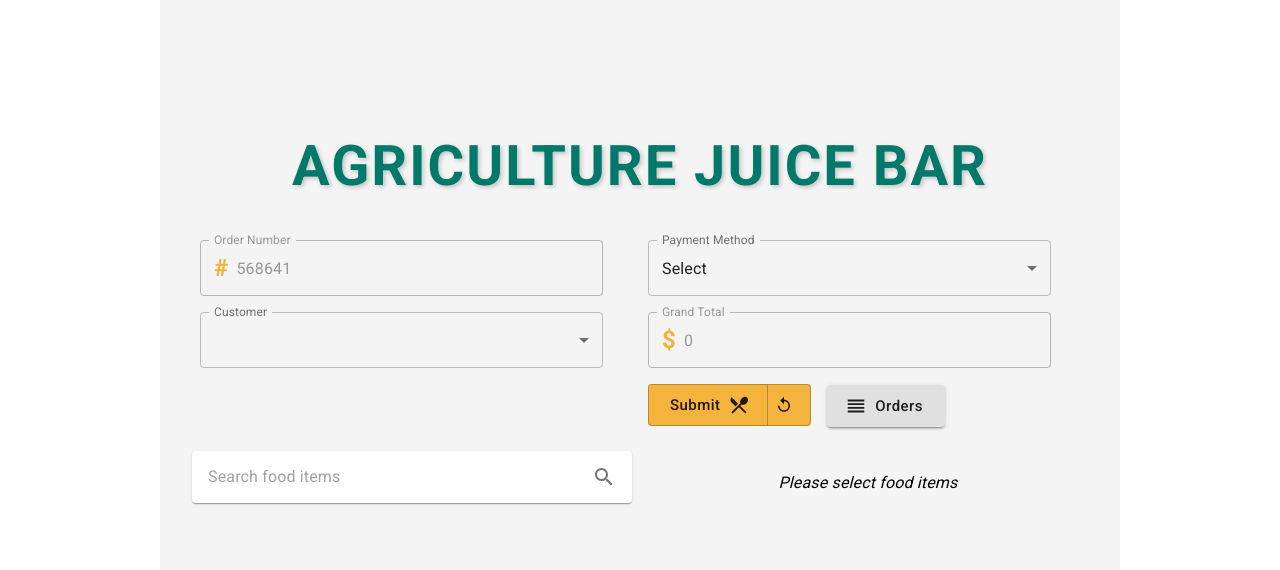
Repository: CydexCode/JuiceBarApplication
Page: / (app in restaurant-app/)
An editor plug-in stored every save of this project. The page is shown before and after a run of saves, followed by the edit.
The browser window is 1280 px wide. The pictures show the whole page.
The page's requests for data from a server got no answer. The project was rebuilt for these pictures with package versions that can differ from the ones it lists, and the page was loaded fresh each time. No one was signed in, and anything a server would have sent is missing. Also part of the build but not shown: restaurant-app/src/layouts/Table.js, restaurant-app/src/components/Order/OrderList.js.

Above is the page before, as saved 2024-02-06 08:09:27.

After the next 2 saves:
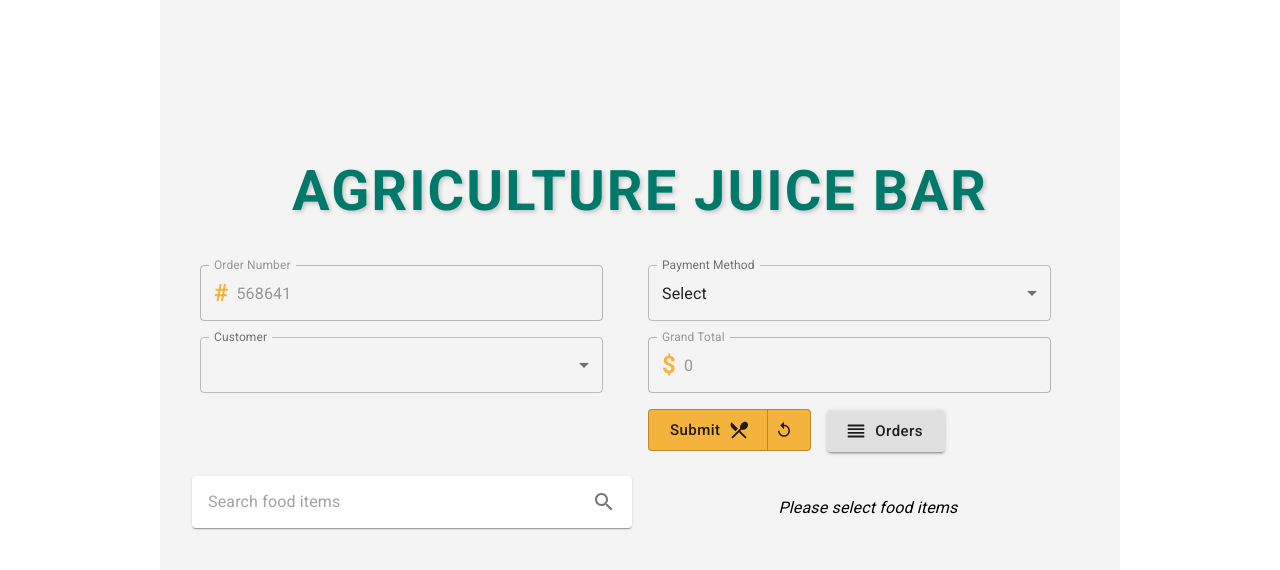
The 2 saves are shown as one change because they came seconds apart.
The last was saved 5 s later.
--- a/restaurant-app/src/App.js
+++ b/restaurant-app/src/App.js
@@ -18,6 +18,7 @@
     marginBottom: theme.spacing(4),
     fontSize: '3.5rem',
     marginTop: '-60px', // Move the title up by 10 pixels
+    marginTop: '-10px', // Move the title up by 10 pixels
     color: '#00796b', // Green color
     textAlign: 'center',
     textTransform: 'uppercase',

After the save that followed:
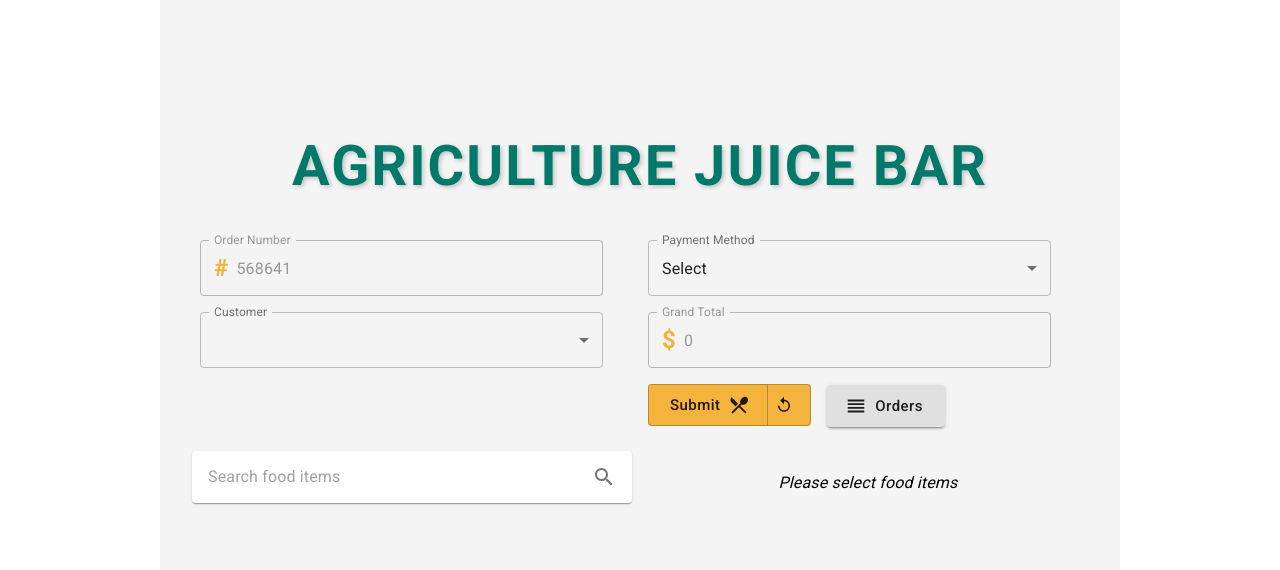
Saved 5 s later.
--- a/restaurant-app/src/App.js
+++ b/restaurant-app/src/App.js
@@ -18,7 +18,7 @@
     marginBottom: theme.spacing(4),
     fontSize: '3.5rem',
     marginTop: '-60px', // Move the title up by 10 pixels
-    marginTop: '-10px', // Move the title up by 10 pixels
+    marginTbo: '-10px', // Move the title up by 10 pixels
     color: '#00796b', // Green color
     textAlign: 'center',
     textTransform: 'uppercase',
